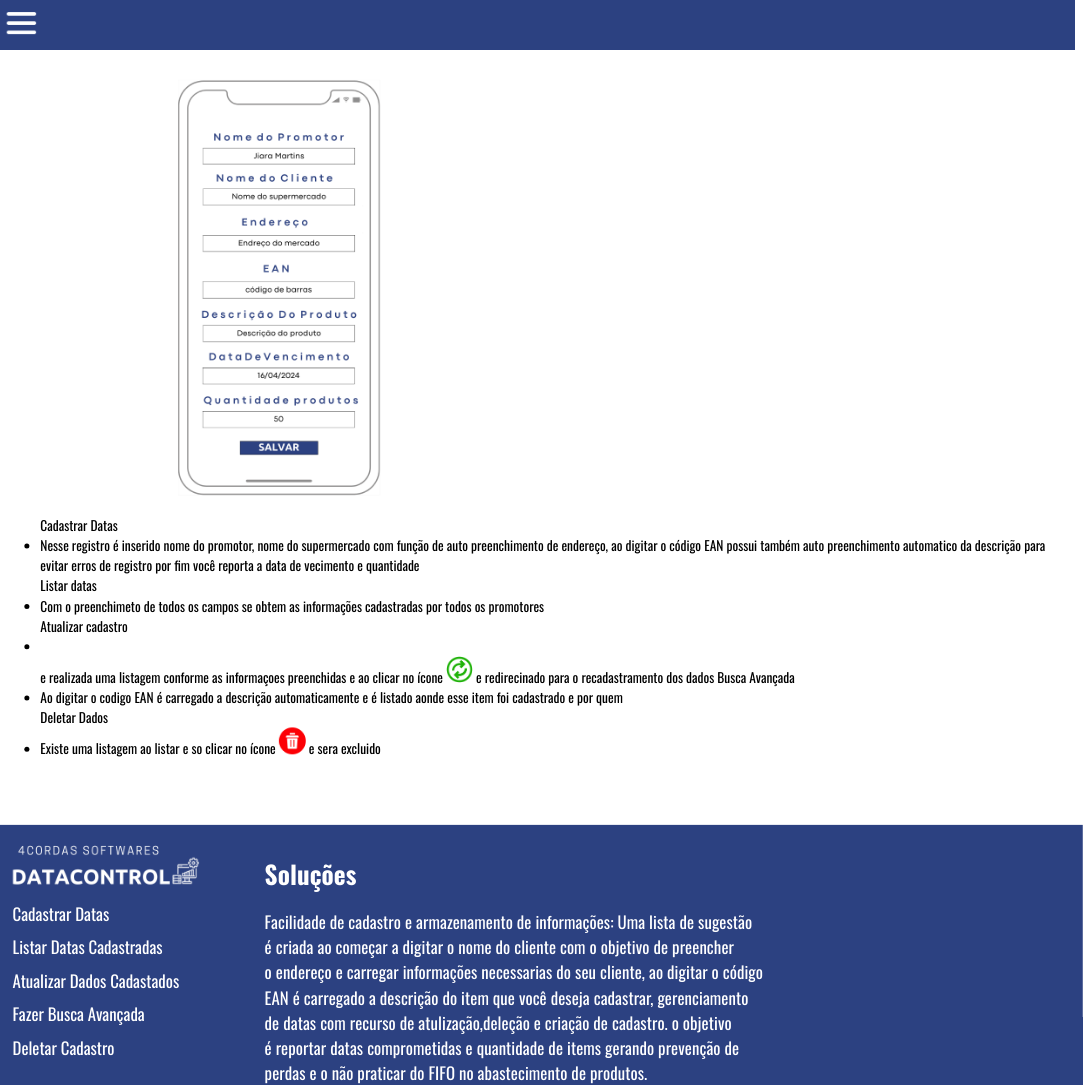
Repository: alfredo-allan/ControleDeDatasFrontEnd
Page: index.html
These files come from the project's save history. The page is drawn as it stood at one moment and after a run of saves; the edit follows.
The browser window is 1280 px wide. The page is 1289 px wide, so the pictures cover 1289 px, including what lies to the right of the window. The pictures show the whole page, at 84% of full size.

Above is the page before, as saved 2024-04-30 14:25:43.
Console error: TypeError: Cannot read properties of null (reading 'addEventListener')

### index.html
<!DOCTYPE html>
<html lang="pt-BR">
  <head>
    <meta charset="UTF-8" />
    <meta name="viewport" content="width=device-width, initial-scale=1.0" />
    <link rel="stylesheet" href="./style/style.css" />
    <link rel="preconnect" href="https://fonts.googleapis.com" />
    <link rel="preconnect" href="https://fonts.gstatic.com" crossorigin />
    <link
      href="https://fonts.googleapis.com/css2?family=Oswald:wght@200..700&display=swap"
      rel="stylesheet"
    />
    <title>Controle de Datas</title>
  </head>
  <body>
    <div class="header">
      <div id="menu-icon">
        <img id="icon-menu" src="./images/barra-de-menu.png" alt="" />
      </div>
      <div id="titulo">
        <!-- <h1>Controle De Datas</h1> -->
      </div>
      <div id="menu-options">
        <ul>
          <!-- <img id="usuario" src="./images/usuario-exemplo.jpg" alt="" /> -->
          <a href="pages/cadastro.html"><li>Cadastrar Datas</li></a>
          <a href="pages/listagem.html"><li>Listar Datas</li></a>
          <a href="pages/atualizar.html"><li>Atualizar Cadastro</li></a>
          <a href="pages/buscaavancada.html"><li>Busca Avançada</li></a>
          <a href="pages/deletar.html"><li>Deletar Dados</li></a>
        </ul>
      </div>
    </div>
    <img id="instrucao" src="./images/CadastrarDatas.png" alt="">
    <div class="coluna">
    <ul>
      <span>Cadastrar Datas</span>
      <li>Nesse registro é inserido nome do promotor, nome do supermercado com função de auto preenchimento de endereço, ao digitar o código EAN possui também auto preenchimento automatico da descrição para evitar erros de registro por fim você reporta a data de vecimento e quantidade</li>
      <span>Listar datas</span>
      <li>Com o preenchimeto de todos os campos se  obtem as informações cadastradas por todos os promotores</li>
      <span>Atualizar cadastro</span>
      <li></li> e realizada uma listagem conforme as informaçoes preenchidas e ao clicar no ícone <img src="./images/repetir.png" alt=""> e redirecinado para o recadastramento dos dados</span>
      <span>Busca Avançada</span>
      <li>Ao digitar o codigo EAN é carregado a descrição automaticamente e é listado aonde esse item foi cadastrado e por quem</li>
      <span>Deletar Dados</span>
      <li>Existe uma listagem ao listar e so clicar no ícone <img src="./images/excluir.png" alt=""> e sera excluido</li>
    </ul>
    </div>
    </div>
    <div class="footer">
      <div id="mapa" class="col-sm-6">
        <img id="tootext" src="./images/data.png" alt="" />
        <ul id="mapadosite">
          <a href="./pages/cadastro.html"><li>Cadastrar Datas</li></a>
          <a href="./pages/listagem.html"><li>Listar Datas Cadastradas</li></a>
          <a href="./pages/atualizar.html"
            ><li>Atualizar Dados Cadastados</li></a
          >
          <a href="./pages/buscaavancada.html"><li>Fazer Busca Avançada</li></a>
          <a href="./pages/deletar.html"><li>Deletar Cadastro</li></a>
        </ul>
      </div>
      <div id="solucao" class="col-sm-6">
        <span>Soluções</span>
        <p>
          Facilidade de cadastro e armazenamento de informações: Uma lista de
          sugestão <br />
          é criada ao começar a digitar o nome do cliente com o objetivo de
          preencher <br />
          o endereço e carregar informações necessarias do seu cliente, ao
          digitar o código <br />
          EAN é carregado a descrição do item que você deseja cadastrar,
          gerenciamento <br />
          de datas com recurso de atulização,deleção e criação de cadastro. o
          objetivo <br />
          é reportar datas comprometidas e quantidade de items gerando prevenção
          de <br />
          perdas e o não praticar do FIFO no abastecimento de produtos.
        </p>
      </div>
    </div>
  </body>
  <script src="./js/script.js"></script>
</html>

### style/style.css
:root {
  --cor-azul: rgb(44, 65, 129);
  --oswald-font: "Oswald", sans-serif;
  --luthier-font: "Luthier";
}

body {
  font-family: var(--oswald-font);
}

@font-face {
  font-family: "Luthier";
  src: url("../fonts/LuthierFF/Luthier-Regular.ttf") format("truetype");
  /* Adicione mais formatos (e.g. woff, woff2) conforme necessário */
}

#titulo h1 {
  font-family: var(--luthier-font);
  letter-spacing: 3px;
  font-weight: 900;
  color: white;
  margin-top: -30px;
  margin-left: 55px;
}

.column {
  display: flex;
  flex-direction: column;
  align-items: center;
  padding: 10px 20px 15px 15px;
  border: 1px solid #ccc;
  border-radius: 5px;
  width: 300px;
  margin: 0 auto;
  span {
    font-weight: 900;
    font-family: var(--luthier-font);
    letter-spacing: 3px;
    margin-bottom: 10px;
    color: var(--cor-azul);
  }
}

#logo img {
  margin-top: 200px;
  width: 250px;
  margin-left: 50px;
}

#logo {
  h1 {
    text-align: center;
    text-wrap: nowrap;
    font-size: 25px;
    font-family: var(--oswald-font);
    font-weight: 900;
    letter-spacing: 2px;
    color: var(--cor-azul);
  }
}

#form {
  margin-top: 80px;
}

input {
  margin-bottom: 5px;
  padding: 5px;
  width: 100%;
  box-sizing: border-box;
  font-weight: 600;
  margin-bottom: 10px;
}

input::placeholder {
  text-align: center;
  color: gray;
  font-family: var(--oswald-font);
  font-weight: 400;
}

input:focus {
  outline-color: var(--cor-azul); /* Altere a cor aqui */
}

.header {
  position: fixed;
  top: 0;
  left: 0;
  width: 100%;
  height: 60px;
  background-color: var(--cor-azul);
}

#icon-menu {
  width: 35px;
  margin-top: 10px;
  z-index: 1;
  margin-left: 8px;
  cursor: pointer;
}

#menu-options ul {
  list-style: none;
  padding: 0;
  margin-left: 5px;
  font-size: 20px;
  font-weight: 500;
  text-wrap: nowrap;
  font-family: var(--oswald-font);
  z-index: 999;
}

#menu-options ul li {
  padding: 10px;
  letter-spacing: 2px;
  cursor: pointer;
  z-index: 999;
}

a {
  text-decoration: none; /* Remove sublinhado */
  color: inherit; /* Mantém a cor padrão do texto */
  /* Adicione quaisquer outros estilos desejados para o link */
}

#menu-options {
  display: none;
  position: absolute;
  top: 0;
  left: 0;
  margin-top: 60px;
  width: 55%;
  height: 41vh;
  border-bottom-right-radius: 15px;
  background-color: var(--cor-azul);
  color: white;
  font-family: var(--oswald-font);
  font-weight: 900;
  z-index: 999;
}

button {
  text-align: center;
  width: 110px;
  height: 30px;
  padding: 6px 30px;
  background-color: rgba(44, 65, 129, 0.897);
  border-radius: 5px;
  color: white;
  border: none;
  border-radius: 5px;
  cursor: pointer;
  font-family: var(--oswald-font);
}

button:focus {
  outline: 2px solid var(--cor-azul);
}

.footer {
  width: 102%;
  position: relative;
  margin-top: 5%;
  margin-left: -8px;
  margin-bottom: -20px;
  background-color: var(--cor-azul);
}

.footer img {
  width: 300px;
  height: 60px;
  margin-top: 2px;
  cursor: pointer;
  margin-left: 10px;
}

#autocomplete-list-id {
  background-color: #f1f1f1;
  border: 1px solid #d4d4d4;
  color: var(--cor-azul);
  border-top: none;
  max-height: 200px;
  overflow-y: auto;
  position: absolute;
  /* z-index: 999; */
  margin-top: -10px;
  margin-left: 60px;
}

.autocomplete-items div {
  padding: 10px;
  cursor: pointer;
  background-color: #fff;
  border-bottom: 1px solid #d4d4d4;
}

.autocomplete-items div:hover {
  background-color: #e9e9e9;
}

.autocomplete-items div strong {
  font-weight: bold;
}

#data-list {
  margin: 0 auto;
  left: 50%;
  transform: translateX(-50%);
  margin: 0 auto;
  left: 50%;
  top: 60%;
  transform: translate(-50%, -50%);
  /* border: 1px solid var(--cor-azul); */
  color: var(--cor-azul);
  border-radius: 5px;
  max-height: 330px;
  overflow-y: auto;
  position: absolute;
  z-index: -1;
  margin-top: 110px;
  margin-left: 0px;
  width: 336px;
  list-style: none;
  .name {
    font-family: var(--oswald-font);
    font-weight: 900;
    font-size: 17px;
  }
  .item {
    font-family: var(--oswald-font);
    font-weight: 500;
    font-size: 15;
    color: rgb(0, 0, 0);
  }
}

/* #promotor {
  line-height: 60px;
} */

#data-list {
  /* Estilos do elemento #data-list */
  /* Defina outras propriedades conforme necessário */

  scrollbar-color: var(--cor-azul) var(--cor-azul); /* Cor da barra de rolagem e do fundo da barra */
}

#data-list::-webkit-scrollbar {
  width: 10px; /* Largura da barra de rolagem */
}

#data-list::-webkit-scrollbar-thumb {
  background-color: white; /* Cor da barra de rolagem */
  border-radius: 5px; /* Raio de borda da barra de rolagem */
}

#texto-descritivo {
  text-align: justify;
  margin-top: 200px;
  position: fixed;
  font-family: var(--luthier-font);
  letter-spacing: 3px;
  line-height: 2;
  margin-right: 8px;
  font-weight: 900;
  color: var(--cor-azul);
}

#del {
  width: 25px;
  margin: -4px;
  margin-left: 20px;
}

#atualizar {
  width: 25px;
  margin: -5px;
  margin-left: 20px;
}

.video {
  width: 100%;
  height: 100vh; /* Altura ocupando toda a tela */
}

.video video {
  position: fixed;
  top: 0;
  left: 0;
  width: 100%;
  height: 20%;
  object-fit: cover;
  margin-top: 52px;
}

.modal {
  display: none; /* Escondido por padrão */
  position: fixed;
  z-index: 1;
  left: 0;
  top: 0;
  width: 100%;
  height: 100%;
  overflow: auto;
  background-color: rgba(0, 0, 0, 0.4);
}

.modal-content {
  background-color: #fefefe;
  margin: 15% auto;
  padding: 20px;
  border: 2px solid #888;
  width: 80%;
  border-radius: 10px;
  p {
    text-align: center;
    font-family: var(--luthier-font);
    letter-spacing: 3px;
    font-weight: 600;
    color: var(--cor-azul);
  }
}

.close {
  color: #aaa;
  float: right;
  font-size: 28px;
  font-weight: bold;
}

.close:hover,
.close:focus {
  color: black;
  text-decoration: none;
  cursor: pointer;
}

#modalbtn {
  text-align: center;
}

#confirmButton {
  margin-right: 5px;
}

#tootext {
  margin-left: -40px;
  margin-top: 20px;
}

#mapadosite {
  font-family: var(--oswald-font);
  list-style: none;
  margin-top: 0px;
  line-height: 40px;
  text-align: left;
  margin-left: -25px;
  color: white;
  font-size: 20px;
}

#mapa {
  text-align: left;
}

#solucao {
  margin-top: -270px;
  margin-left: 315px;
  font-family: var(--oswald-font);
  letter-spacing: 0.1px;
  color: white;
  span {
    font-size: 30px;
    font-weight: 900;
  }
  p {
    font-size: 20px;
    text-align: left;
  }
}

@media (min-width: 310px) and (max-width: 580px) {
  #solucao {
    margin-top: -10px;
    margin-left: -200px;
    text-align: center;
  }
}

@media (min-width: 310px) and (max-width: 580px) {
  #solucao span {
    margin-left: -30px;
  }
}

@media (min-width: 310px) and (max-width: 580px) {
  #solucao p {
    font-size: 20px;
    text-align: left;
    margin-left: 215px;
  }
}

@media (min-width: 310px) and (max-width: 580px) {
  .footer {
    margin-top: 20%;
    position: absolute;
    margin-left: -8px;
    width: 100%;
    margin-bottom: 0px;
  }
}

.footer_pg {
  position: fixed;
  left: 0;
  bottom: 0;
  width: 100%;
  height: 60px;
  background-color: var(--cor-azul);
}

@media (min-width: 310px) and (max-width: 580px) {
  .footer_pg img {
    margin-left: auto;
    margin-right: auto;
    display: block;
  }
}

#instrucao {
  margin-top: 80px;
  width: 250px;
  margin-left: 200px;
}

@media (min-width: 500px) and (max-width: 1200px) {
  #instrucao {
    margin-left: 20px;
  }
}

.coluna {
  display: flex;
  flex-direction: column;
  justify-content: center;
}

### js/script.js
document.addEventListener("DOMContentLoaded", function () {
  carregarDados();

  document
    .getElementById("data-vencimento")
    .addEventListener("input", formatarData);

  document.getElementById("ean").addEventListener("input", function () {
    var eanSelecionado = document.getElementById("ean").value;
    preencherDescricaoPorEAN(eanSelecionado);
  });
});

function formatarData() {
  let inputData = document.getElementById("data-vencimento").value;

  let dataFormatada = inputData.replace(/^(\d{2})(\d{2})(\d{2})$/, "$1/$2/$3");

  document.getElementById("data-vencimento").value = dataFormatada;
}

function preencherDescricaoPorEAN(ean) {
  fetch("../frutap.json")
    .then((response) => response.json())
    .then((data) => {
      const mercados = data.mercados;

      for (let mercado of mercados) {
        const produto = mercado.produtos.find(
          (produto) => produto.codigoEAN === ean
        );
        if (produto) {
          document.getElementById("descricao-produto").value =
            produto.descricao;
          return; // Encerra o loop assim que encontrar o produto correspondente
        }
      }

      // Se não encontrou nenhum produto com o código EAN correspondente
      document.getElementById("descricao-produto").value =
        "Produto não encontrado";
    })
    .catch((error) => {
      console.error("Erro ao carregar os dados do arquivo JSON:", error);
    });
}

function carregarDados() {
  fetch("../frutap.json")
    .then((response) => {
      if (response.ok) {
        return response.json();
      } else {
        throw new Error("Erro ao carregar os dados");
      }
    })
    .then((data) => {
      if (data && data.mercados) {
        const mercados = data.mercados.map((mercado) => mercado.nome);
        const codigosEAN = data.mercados.map((mercado) => mercado.codigoEAN);
        const enderecos = data.mercados.map((mercado) => mercado.endereco);

        autocomplete(document.getElementById("nome-cliente"), mercados, data);
        autocomplete(document.getElementById("ean"), codigosEAN);
        autocomplete(
          document.getElementById("endereco-cliente"),
          enderecos,
          data
        );
      } else {
        console.error("Formato de dados inválido");
      }
    })
    .catch((error) => {
      console.error("Erro ao carregar os dados do arquivo JSON:", error);
    });
}
function autocomplete(inp, arr, data) {
  var currentFocus;

  inp.addEventListener("input", function (e) {
    var a,
      b,
      i,
      val = this.value;
    closeAllLists();
    if (!val) {
      return false;
    }
    currentFocus = -1;
    a = document.createElement("DIV");
    a.setAttribute("id", "autocomplete-list-id");
    a.setAttribute("class", "autocomplete-items");
    this.parentNode.appendChild(a);
    for (i = 0; i < arr.length; i++) {
      if (
        arr[i] &&
        arr[i].substr(0, val.length).toUpperCase() == val.toUpperCase()
      ) {
        b = document.createElement("DIV");
        b.innerHTML = "<strong>" + arr[i].substr(0, val.length) + "</strong>";
        b.innerHTML += arr[i].substr(val.length);
        b.innerHTML += "<input type='hidden' value='" + arr[i] + "'>";
        b.addEventListener("click", function (e) {
          inp.value = this.getElementsByTagName("input")[0].value;
          closeAllLists();
          // Preencher o campo de Endereço do mercado ao selecionar o nome do mercado
          var selectedMarket = this.getElementsByTagName("input")[0].value;
          var mercadoSelecionado = data.mercados.find(
            (mercado) => mercado.nome === selectedMarket
          );
          if (mercadoSelecionado) {
            var enderecoCompleto =
              mercadoSelecionado.endereco.rua +
              ", " +
              mercadoSelecionado.endereco.bairro +
              ", " +
              mercadoSelecionado.endereco.cidade +
              ", " +
              mercadoSelecionado.endereco.estado;
            document.getElementById("endereco-cliente").value =
              enderecoCompleto;
          }
        });
        a.appendChild(b);
      }
    }
  });

  function closeAllLists(elmnt) {
    var x = document.getElementsByClassName("autocomplete-items");
    for (var i = 0; i < x.length; i++) {
      if (elmnt != x[i] && elmnt != inp) {
        x[i].parentNode.removeChild(x[i]);
      }
    }
  }

  document.addEventListener("click", function (e) {
    closeAllLists(e.target);
  });
}

const menuIcon = document.getElementById("menu-icon");
const menuOptions = document.getElementById("menu-options");

menuIcon.addEventListener("click", function () {
  if (menuOptions.style.display === "none") {
    menuOptions.style.display = "block";
  } else {
    menuOptions.style.display = "none";
  }
});

document.getElementById("btn-salvar").addEventListener("click", function () {
  const nomePromotor = document.getElementById("nome-promotor").value;
  const nomeCliente = document.getElementById("nome-cliente").value;
  const enderecoCliente = document.getElementById("endereco-cliente").value;
  const ean = document.getElementById("ean").value;
  const descricaoProduto = document.getElementById("descricao-produto").value;
  const dataVencimento = document.getElementById("data-vencimento").value;
  const quantidadeProdutos = document.getElementById(
    "quantidade-produtos"
  ).value;

  fetch("https://v1controledatas.pythonanywhere.com/salvar-dados", {
    method: "POST",
    headers: {
      "Content-Type": "application/json",
    },
    body: JSON.stringify({
      nomePromotor: nomePromotor,
      nomeCliente: nomeCliente,
      enderecoCliente: enderecoCliente,
      ean: ean,
      descricaoProduto: descricaoProduto,
      dataVencimento: dataVencimento,
      quantidadeProdutos: quantidadeProdutos,
    }),
  })
    .then((response) => {
      if (response.ok) {
        // alert("Dados salvos com sucesso!");
      } else {
        throw new Error("Erro ao salvar os dados");
      }
    })
    .catch((error) => {
      console.error("Erro ao salvar os dados:", error);
    });
});

// Selecionando o botão de fechar e o modal

Loaded but not shown: frutap.json (455 lines, source omitted)

After the next 3 saves:
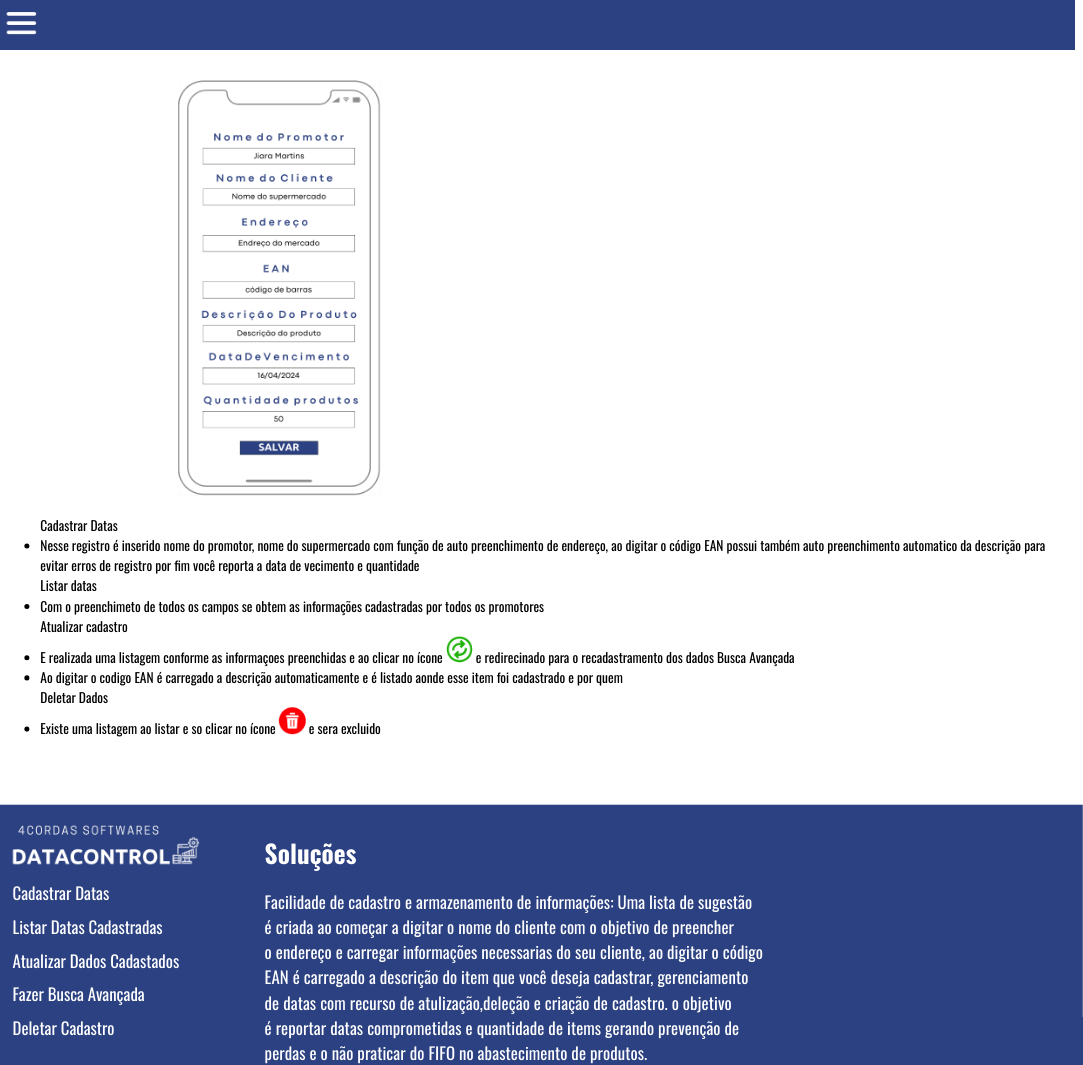
The 3 saves are shown as one change because they came seconds apart.
The last was saved 10 s later.
--- a/index.html
+++ b/index.html
@@ -39,7 +39,7 @@
       <span>Listar datas</span>
       <li>Com o preenchimeto de todos os campos se  obtem as informações cadastradas por todos os promotores</li>
       <span>Atualizar cadastro</span>
-      <li></li> e realizada uma listagem conforme as informaçoes preenchidas e ao clicar no ícone <img src="./images/repetir.png" alt=""> e redirecinado para o recadastramento dos dados</span>
+      <li>E realizada uma listagem conforme as informaçoes preenchidas e ao clicar no ícone <img src="./images/repetir.png" alt=""> e redirecinado para o recadastramento dos dados</span>
       <span>Busca Avançada</span>
       <li>Ao digitar o codigo EAN é carregado a descrição automaticamente e é listado aonde esse item foi cadastrado e por quem</li>
       <span>Deletar Dados</span>
